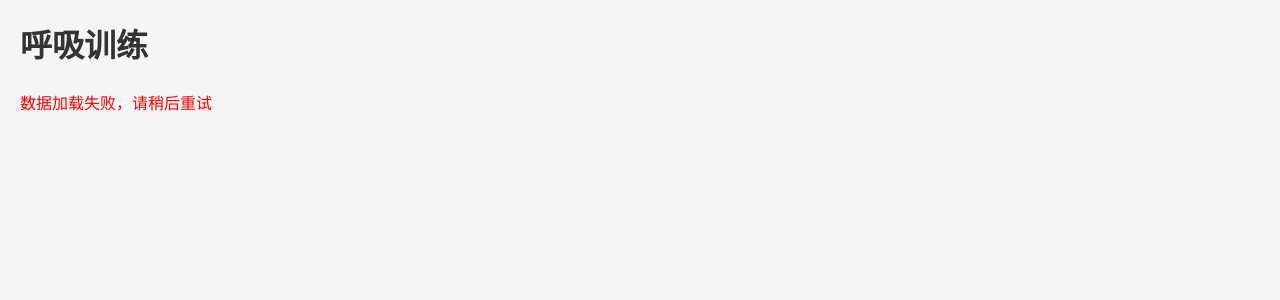
Repository: b55585wy/sync-reactive
Page: /
The author's editor kept a copy of each file at every save. The page is drawn from the files as they stood at one save, then again after a run of saves.
The browser window is 1280 px wide. The pictures show the whole page.
The project was rebuilt for these pictures with package versions that can differ from the ones it lists, and the page was loaded fresh each time. Also part of the build but not shown: vite.config.js, src/components/breathing/BreathingAnimation.vue, src/stores/breathing.js, src/views/Exercise.vue.

Above is the page before, as saved 2024-11-20 19:36:54.

### index.html
<!DOCTYPE html>
<html lang="en">
  <head>
    <meta charset="UTF-8">
    <link rel="icon" href="/favicon.ico">
    <meta name="viewport" content="width=device-width, initial-scale=1.0">
    <title>呼吸训练</title>
    <!-- 添加 Font Awesome 图标 -->
    <link rel="stylesheet" href="https://cdnjs.cloudflare.com/ajax/libs/font-awesome/5.15.4/css/all.min.css">
  </head>
  <body>
    <div id="app"></div>
    <script type="module" src="/src/main.js"></script>
  </body>
</html>

### src/main.js
import { createApp } from 'vue'
import App from './App.vue'
import router from './router'
import { createPinia } from 'pinia'
import './assets/styles/main.css'
import axios from 'axios'

// 设置 axios 的基础 URL，替换成你的实际后端地址
axios.defaults.baseURL = 'http://localhost:你的后端端口'

// 添加请求拦截器用于调试
axios.interceptors.request.use(config => {
  console.log('发送请求:', config.url)
  return config
})

// 添加响应拦截器用于调试
axios.interceptors.response.use(
  response => {
    console.log('收到响应:', response)
    return response
  },
  error => {
    console.log('请求错误:', error)
    return Promise.reject(error)
  }
)

const app = createApp(App)
const pinia = createPinia()

app.use(router)
app.use(pinia)

app.mount('#app')

### src/App.vue
<template>
  <div id="app">
    <router-view></router-view>
  </div>
</template>

<script>
export default {
  name: 'App'
}
</script>

<style>
#app {
  width: 100%;
  min-height: 100vh;
}
</style>

### src/router/index.js
import { createRouter, createWebHistory } from 'vue-router'
import Home from '../views/Home.vue'
import Exercise from '../views/Exercise.vue'

const routes = [
  {
    path: '/',
    name: 'Home',
    component: Home
  },
  {
    path: '/exercise',
    name: 'Exercise',
    component: Exercise
  }
]

const router = createRouter({
  history: createWebHistory(),
  routes
})

router.beforeEach((to, from, next) => {
  // 获取 token 或其他验证信息
  const token = localStorage.getItem('token')

  // 定义需要登录才能访问的路由
  const requiresAuth = to.matched.some(record => record.meta.requiresAuth)

  if (requiresAuth && !token) {
    // 需要登录但没有 token，重定向到登录页
    next('/login')
  } else {
    // 其他情况正常放行
    next()
  }
})

export default router

### src/assets/styles/main.css
* {
  margin: 0;
  padding: 0;
  box-sizing: border-box;
}

body {
  font-family: -apple-system, BlinkMacSystemFont, 'Segoe UI', Roboto, Oxygen,
    Ubuntu, Cantarell, 'Open Sans', 'Helvetica Neue', sans-serif;
  background-color: #f5f5f5;
  color: #333;
  line-height: 1.6;
}

button {
  cursor: pointer;
  font-family: inherit;
}

button:focus {
  outline: none;
}

### src/views/Home.vue
<template>
  <div class="home">
    <header class="header">
      <h1>呼吸训练</h1>
      <div class="user-info" v-if="username">
        <span>欢迎, {{ username }}</span>
      </div>
    </header>

    <!-- 添加加载状态显示 -->
    <div v-if="loading">加载中...</div>
    <div v-if="error" style="color: red;">{{ error }}</div>
  </div>
</template>

<script>
import { ref, onMounted } from 'vue'
import axios from 'axios' // 确保已安装 axios

export default {
  name: 'Home',
  setup() {
    const username = ref('')
    const loading = ref(false)
    const error = ref(null)

    const loadUserData = async () => {
      loading.value = true
      error.value = null

      try {
        // 使用 axios 进行 API 调用
        const response = await axios.get('/api/user') // 替换为你的实际 API 地址
        username.value = response.data.username
        console.log('数据加载成功:', response.data)
      } catch (err) {
        console.error('API 调用失败:', err)
        error.value = '数据加载失败，请稍后重试'
      } finally {
        loading.value = false
      }
    }

    onMounted(() => {
      loadUserData()
    })

    return {
      username,
      loading,
      error
    }
  }
}
</script>

<style scoped>
.home {
  padding: 20px;
}

.header {
  margin-bottom: 20px;
}
</style>

After the next 2 saves:
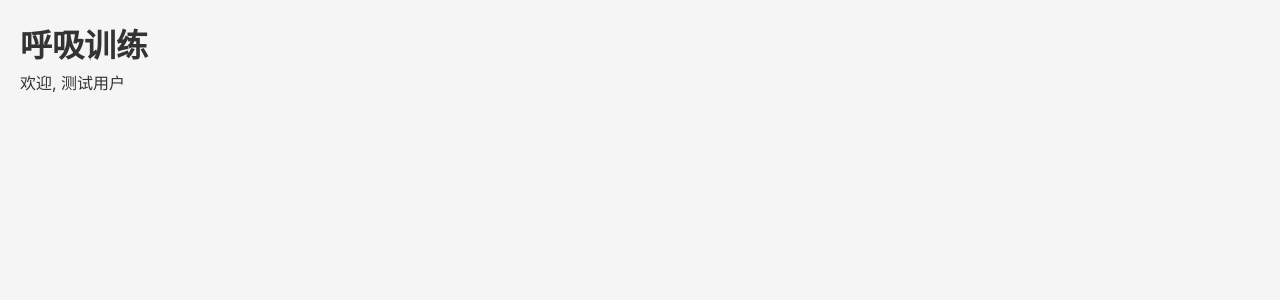
The 2 saves are shown as one change because they came seconds apart.
The last was saved 7 s later.
--- a/src/views/Home.vue
+++ b/src/views/Home.vue
@@ -2,20 +2,18 @@
   <div class="home">
     <header class="header">
       <h1>呼吸训练</h1>
-      <div class="user-info" v-if="username">
-        <span>欢迎, {{ username }}</span>
+      <div v-if="loading">加载中...</div>
+      <div v-else-if="error" style="color: red;">{{ error }}</div>
+      <div v-else class="user-info">
+        <span>欢迎, {{ username || '访客' }}</span>
       </div>
     </header>
-
-    <!-- 添加加载状态显示 -->
-    <div v-if="loading">加载中...</div>
-    <div v-if="error" style="color: red;">{{ error }}</div>
   </div>
 </template>
 
 <script>
 import { ref, onMounted } from 'vue'
-import axios from 'axios' // 确保已安装 axios
+import axios from 'axios'
 
 export default {
   name: 'Home',
@@ -29,12 +27,18 @@ export default {
       error.value = null
 
       try {
-        // 使用 axios 进行 API 调用
-        const response = await axios.get('/api/user') // 替换为你的实际 API 地址
+        // 如果后端 API 还没准备好，可以先使用模拟数据
+        // 开发时可以先注释掉 API 调用，使用假数据
+        /*
+        const response = await axios.get('/api/user')
         username.value = response.data.username
-        console.log('数据加载成功:', response.data)
+        */
+
+        // 使用模拟数据
+        username.value = '测试用户'
+
       } catch (err) {
-        console.error('API 调用失败:', err)
+        console.error('API 错误:', err)
         error.value = '数据加载失败，请稍后重试'
       } finally {
         loading.value = false
